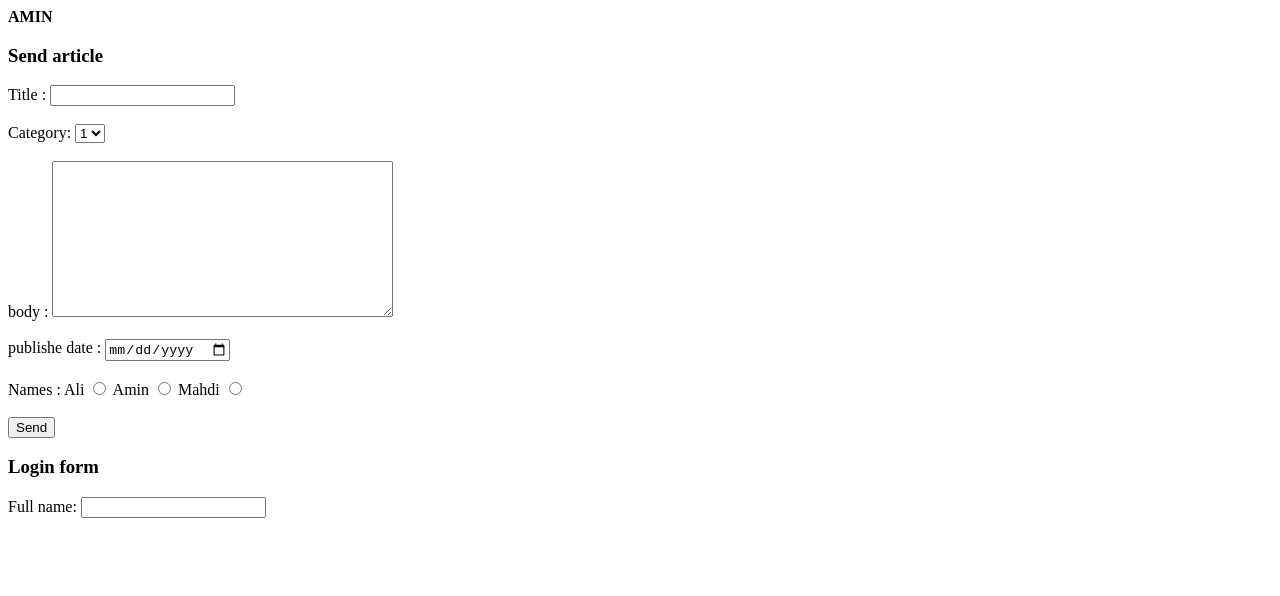
Repository: aminsheikhan/amins-github
Page: index.html
The author's editor kept a copy of each file at every save. The page is drawn from the files as they stood at one save, then again after the next save.
The browser window is 1280 px wide. The pictures show the whole page.

Above is the page before, as saved 2025-12-10 13:32:18.

### index.html
<!DOCTYPE html>
<html>
    <head>
        <title>DK compani</title>

    </head>

    <body>

        <!-- <h1>hello</h1>
        <hr>
        <p>My name <br> is -------> <strong>AMIN</strong> </p>
        <!-- <img src="https://encrypted-tbn0.gstatic.com/images?q=tbn:ANd9GcRoAjtMwTQOLTAKjz2fEtOaZiAGcB5UmJiALA&s" alt="hourseoto">
        <ol>
            <li>Item one</li>
            <li>Item two</li>
            <li>Item tree</li>
        </ol>
        <hr>
        <ul>
            <li>Item 1</li>
            <li>Item 2</li>
            <li>Item 3</li>
        </ul>
        <a href="https://www.dieselkhodro.com/" target="_blank">Go to us Site</a> -->

        <!-- <table>
            <thead>
                <tr>
                    <th>head 1</th>
                    <th>head 2</th>
                    <th>head 3</th>
                </tr>
            </thead>

            <tbody>

                <tr>
                    <td>data 1</td>
                    <td>data 2</td>
                    <td> </td>
                </tr>

            </tbody>
        </table> -->

        <!-- <h2>Roocket Video</h2>
        <p>Lorem ipsum dolor sit amet consectetur, adipisicing elit. Sapiente dolores temporibus numquam rem voluptatem ipsum molestias id quasi nulla eius tempora deleniti maiores ratione et recusandae laboriosam rerum, sint officia.</p>
        <video controls width="720" height="350" poster="https://www.dieselkhodro.com/static/main_images/logo-blue.png">
            <source src="./vidio/141_python-141.mp4">
            Your Browser does not support
        </video>

        <hr>

        <h2>Roocket audio </h2>
        <p>Lorem ipsum dolor, sit amet consectetur adipisicing elit. Explicabo commodi dicta unde eum rerum esse beatae sequi saepe animi, sed voluptatum? Eos doloribus dolorum qui excepturi placeat quia est quae.</p>
        <audio controls>
            <source src="./vidio/Bogzar Ey Ashena - Ejraye Goruhi.mp3">

        </audio> -->

        <h3>Send article </h3>
        <form action="#">
            <label>Title :</label>
            <input type="" name="title">
            <br><br>

            <label>Category:</label>
            <select name="category">
                <option value="1">1</option>
                <option value="2">2</option>
                <option value="3">3</option>
            </select>
            <br><br>

            <label>body :</label>
            <textarea name="body" cols="40" rows="10"></textarea>
            <br><br>

            <label> publishe date :</label>
            <input type="date" name="publishe_at">
            <br><br>

            <label>Names : </label>

            <label>Ali</label>
            <input type="radio" name="Sender">

            <label>Amin</label>
            <input type="radio" name="Sender">

            <label>Mahdi</label>
            <input type="radio" name="Sender">
            <br><br>

            <button type="submit">Send</button>

            <label for=""></label>


        </form>

        <h3>Login form</h3>
        <label>Full name:</label>
        <input type="text" name="Full name">
        <br><br>




    </body>





</html>

After the next save:
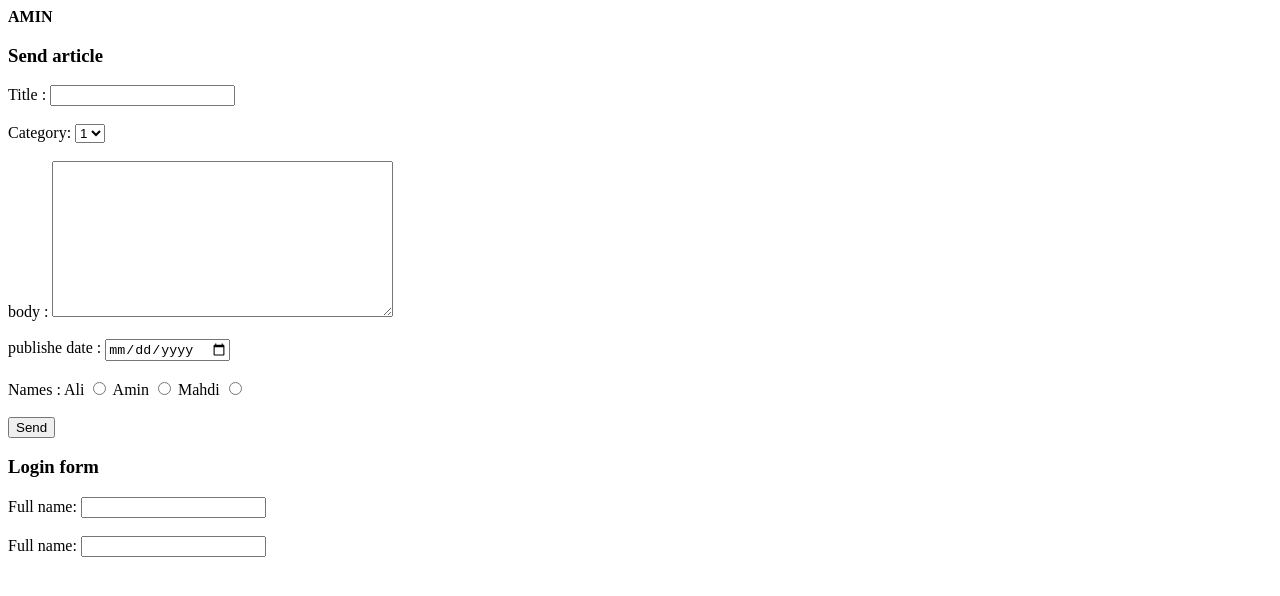
Saved 4 s later.
--- a/index.html
+++ b/index.html
@@ -106,7 +106,9 @@
         <input type="text" name="Full name">
         <br><br>
 
-
+<label>Full name:</label>
+        <input type="text" name="Full name">
+        <br><br>
 
 
     </body>
